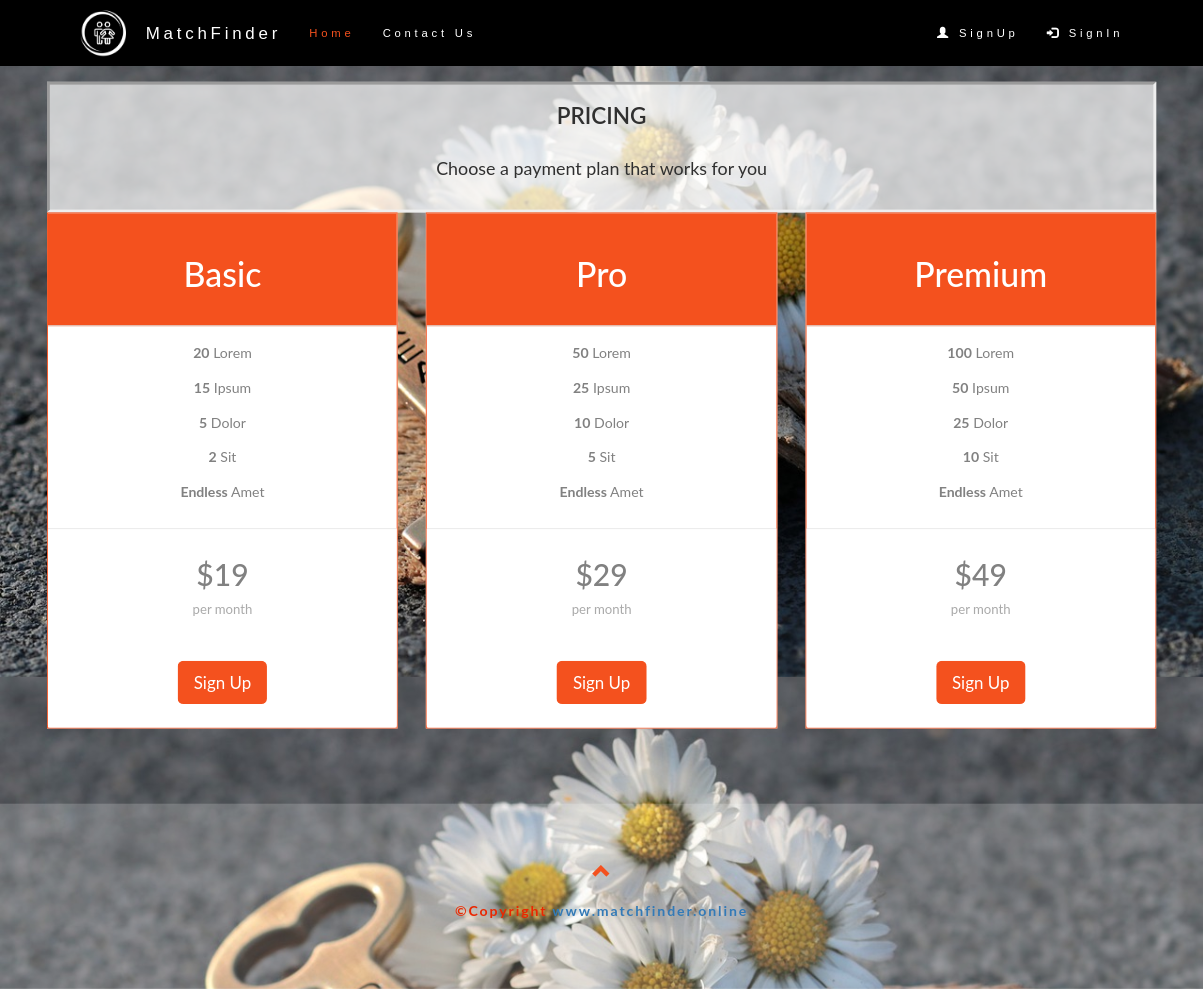
Repository: vibhu95/MatchFinder
Page: http://localhost/MatchFinder/package.jsp
These files come from the project's save history. The page is drawn as it stood at one moment and after the next save; the edit follows.
The browser window is 1280 px wide. The pictures show the whole page, at 94% of full size.
Backgrounds fixed to the window are drawn as part of the page. Some web libraries are served in a nearby version. The page is served by Tomcat 9.

Above is the page before, as saved 2018-01-31 19:38:25.

After the next save:
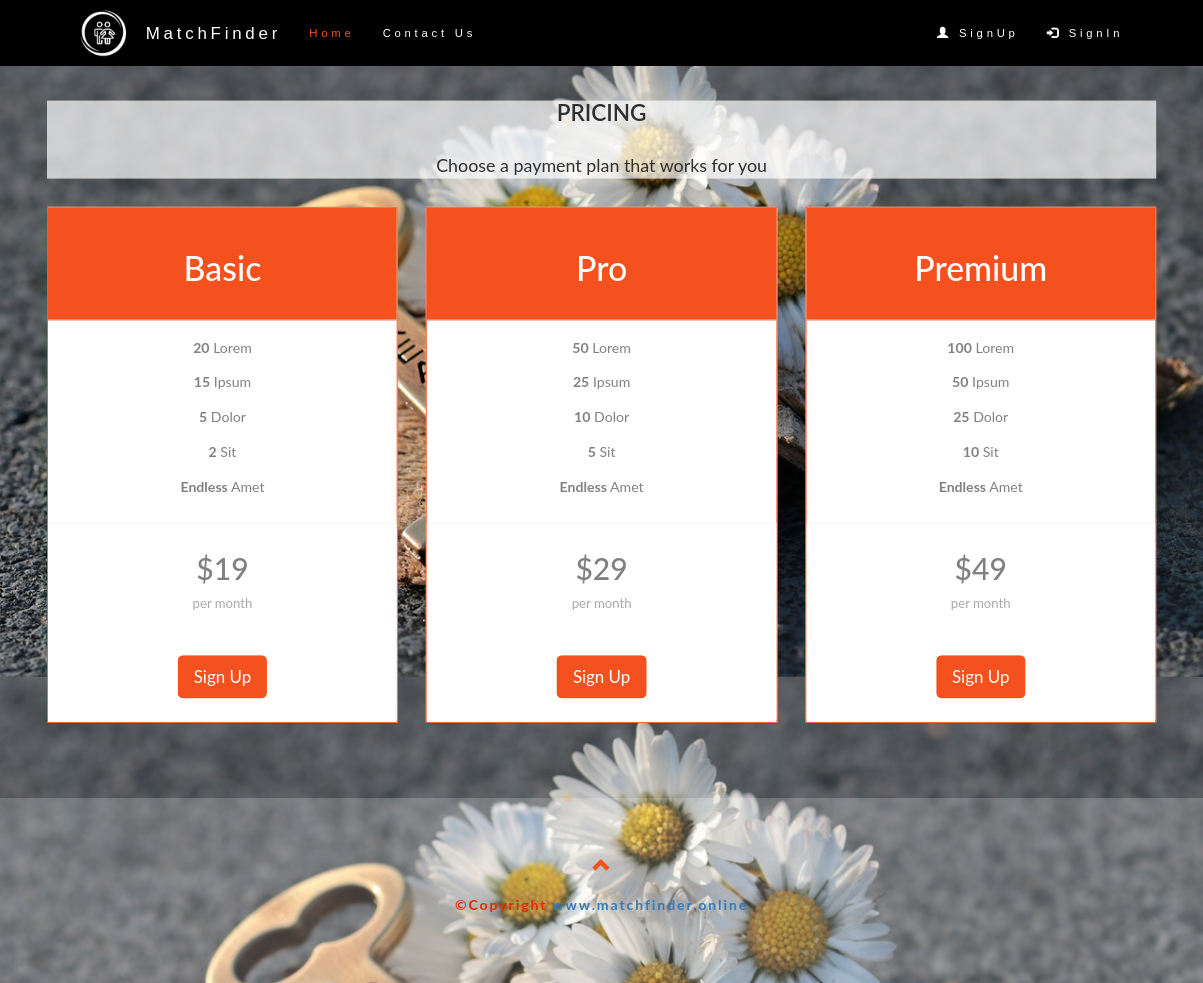
Saved 62 s later.
--- a/workspace/MatchFinder/WebContent/package.jsp
+++ b/workspace/MatchFinder/WebContent/package.jsp
@@ -7,7 +7,7 @@
 
 <!-- Container (Pricing Section) -->
 <div id="pricing" class="container-fluid">
-  <div style="background-color: rgba(255,255,255,0.7); border-style: inset;" class="text-center">
+  <div style="background-color: rgba(255,255,255,0.7); border-style: inset; border:threedshadow;" class="text-center">
     <h2>Pricing</h2>
     <h4>Choose a payment plan that works for you</h4>
   </div>

After the 2 saves that followed:
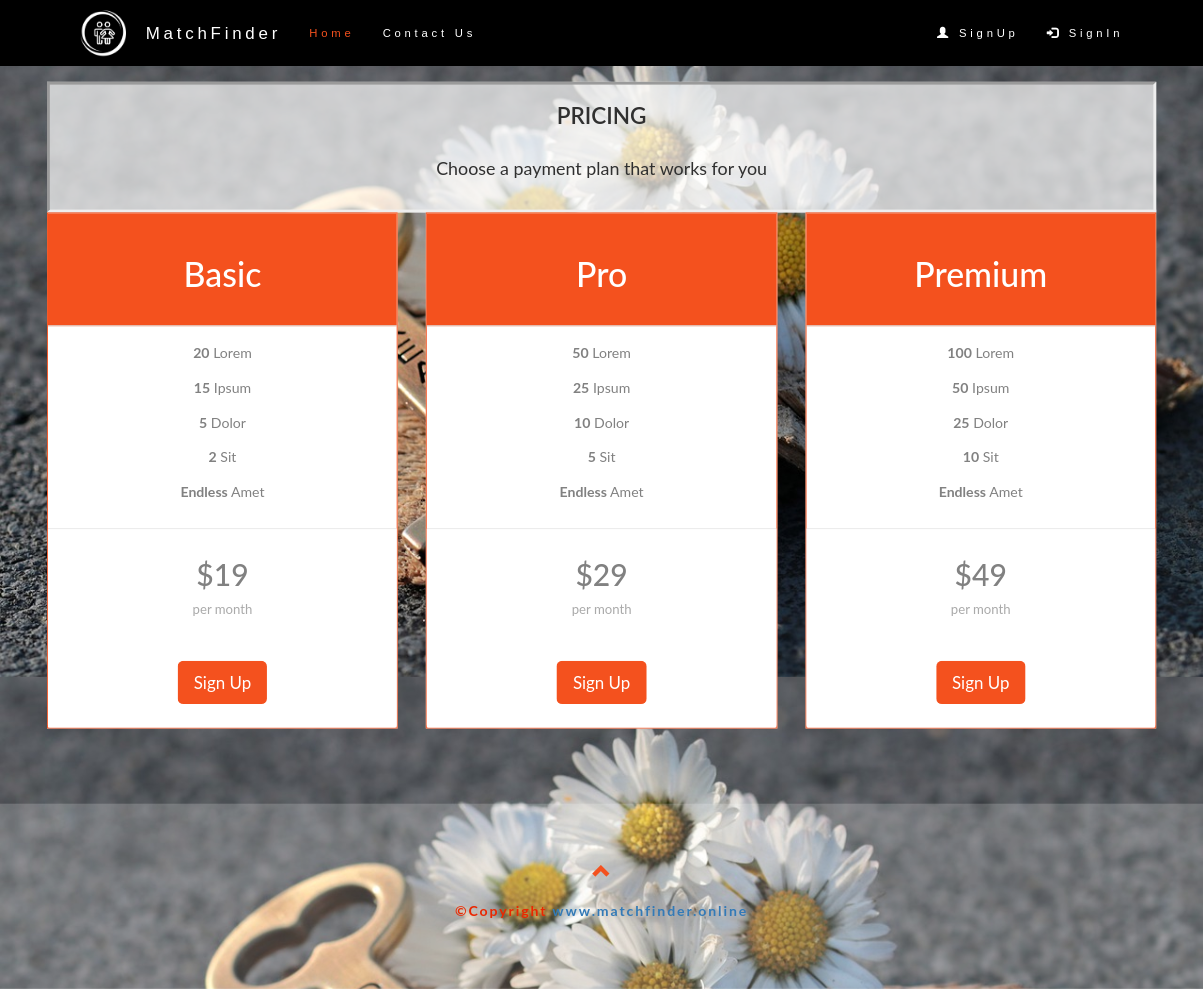
The 2 saves are shown as one change because 1 left the picture as it was.
The last was saved 41 s later.
--- a/workspace/MatchFinder/WebContent/package.jsp
+++ b/workspace/MatchFinder/WebContent/package.jsp
@@ -7,7 +7,7 @@
 
 <!-- Container (Pricing Section) -->
 <div id="pricing" class="container-fluid">
-  <div style="background-color: rgba(255,255,255,0.7); border-style: inset; border:threedshadow;" class="text-center">
+  <div style="background-color: rgba(255,255,255,0.7); border-style: inset;" class="text-center">
     <h2>Pricing</h2>
     <h4>Choose a payment plan that works for you</h4>
   </div>
